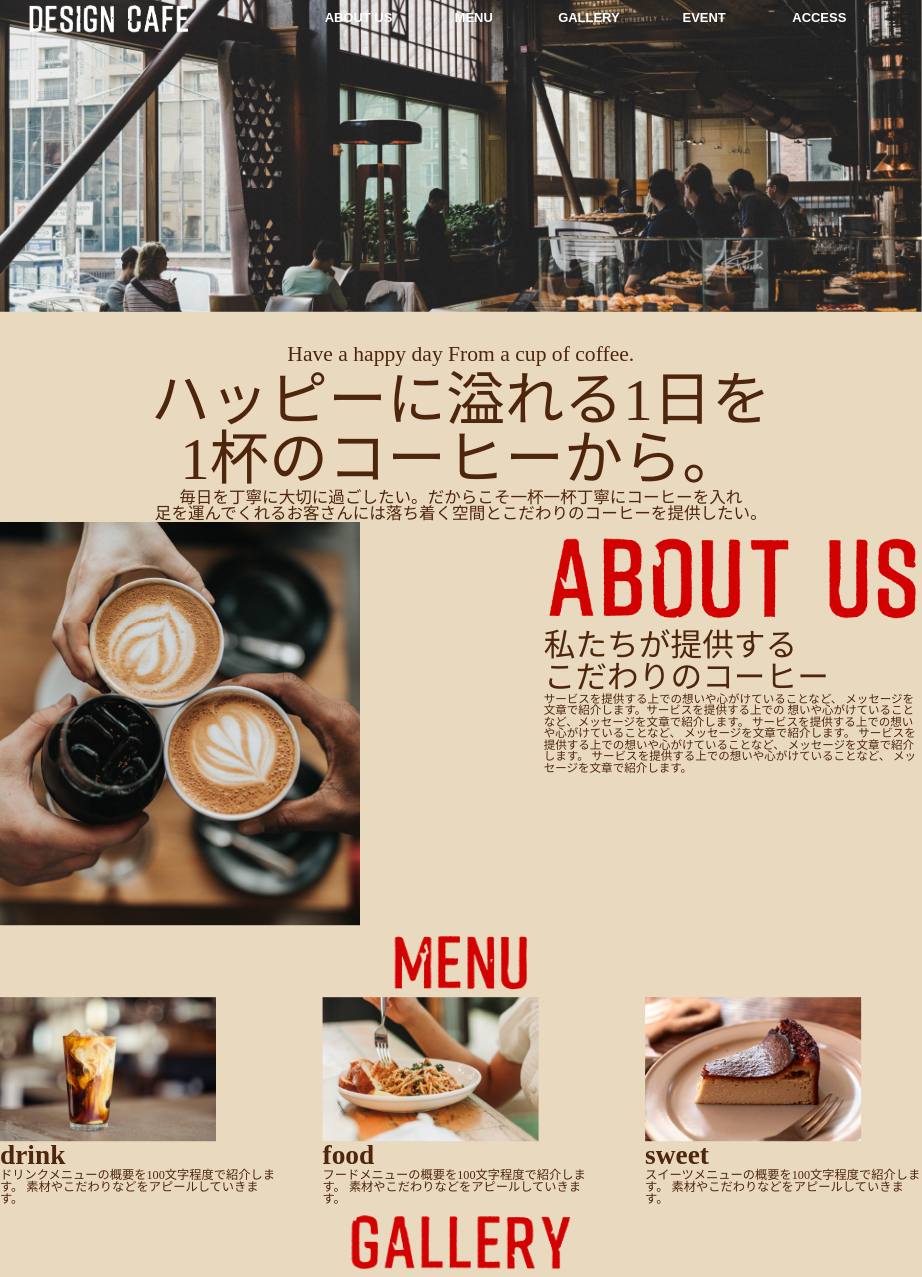
Repository: sonoyama01/dezasuta
Page: 第4回課題/index.html
The author's editor kept a copy of each file at every save. The page is drawn from the files as they stood at one save, then again after the next save.
The browser window is 1280 px wide. The pictures show the whole page, at 72% of full size.

Above is the page before, as saved 2024-05-02 15:05:51.

### 第4回課題/index.html
<!DOCTYPE html>
<html lang="ja">

<head>
    <meta charset="UTF-8">
    <meta name="viewport" content="width=device-width, initial-scale=1.0">
    <title>Desing Cafe</title>
    <link rel="stylesheet" href="./css/style.css">
</head>

<body>
    <!-- ヘッダー -->
    <header>
        <div class="header_slide">
            <div>
                <img src="./images/pc_first-100.jpg" alt="店内の様子">
            </div>
        </div>
        <div class="header_wrap">
            <h1 class="header_logo">
                <img src="./images/design_cafe_logo_header@2x.png" alt="desind cafe">
            </h1>
            <nav class="pc_nav">
                <ul>
                    <li><a href="#about_us">ABOUT US</a></li>
                    <li><a href="#">MENU</a></li>
                    <li><a href="#">GALLERY</a></li>
                    <li><a href="#">EVENT</a></li>
                    <li><a href="#">ACCESS</a></li>
                </ul>
            </nav>
        </div>
    </header>
    <div class="catch_copy">
        <p class="catch_copy_ja"><span class="en">Have a happy day From a cup of coffee.</span><br>
            ハッピーに溢れる1日を<br>
            1杯のコーヒーから。</p><!-- /.catch_copy -->
        <p>毎日を丁寧に大切に過ごしたい。だからこそ一杯一杯丁寧にコーヒーを入れ<br>
            足を運んでくれるお客さんには落ち着く空間とこだわりのコーヒーを提供したい。</p>
    </div><!-- /.catch_copy -->

    <!-- ABOUT US -->
    <section id="about_us">
        <div class="wrap">
            <div class="about_us">
                <div class="about_us_im"><img src="./images/pc_about-100.jpg" alt=""></div>
                <div class="about_us_text">
                    <h2><img src="./images/about_us@2x.png" alt=""></h2>
                    <p class="about_us_concept">私たちが提供する<br>
                        こだわりのコーヒー</p><!-- /.about_us_concept -->
                    <p class="about_us_texts">
                        サービスを提供する上での想いや心がけていることなど、
                        メッセージを文章で紹介します。サービスを提供する上での
                        想いや心がけていることなど、メッセージを文章で紹介します。
                        サービスを提供する上での想いや心がけていることなど、
                        メッセージを文章で紹介します。
                        サービスを提供する上での想いや心がけていることなど、
                        メッセージを文章で紹介します。
                        サービスを提供する上での想いや心がけていることなど、
                        メッセージを文章で紹介します。
                    </p><!-- /.about_us_text -->
                </div>

            </div><!-- /.about_us -->
        </div><!-- /.wrap -->
    </section><!-- /#about_us -->

    <!-- MENU -->
    <!-- 上手くいかね
        <section id="menu_fx">
        <h2><img src="./images/menu@2x.png" alt="menu"></h2>
        <div class="menu">
            <div class="drink">
                <img src="./images/pc_menu_drink-100.jpg" alt="drink">
            </div>
            <div class="food">
                <img src="./images/pc_menu_food-100.jpg" alt="food">
            </div>
            <div class="sweets">
                <img src="./images/pc_menu_sweets-100.jpg" alt="sweet">
            </div>
        </div>
    </section>/#menu_fx
-->

    <section id="menu">
        <div class="wrap">
            <h2><img src="./images/menu@2x.png" alt="menu"></h2>
            <div class="menu">
                <div class="menu_item">
                    <img src="./images/pc_menu_drink-100.jpg" alt="drink">
                    <h3>drink</h3>
                    <p class="menu_tx">ドリンクメニューの概要を100文字程度で紹介します。
                        素材やこだわりなどをアピールしていきます。</p><!-- /.menu_tx -->
                </div><!-- /.menu_item -->
                <div class="menu_item">
                    <img src="./images/pc_menu_food-100.jpg" alt="food">
                    <h3>food</h3>
                    <p class="menu_tx">フードメニューの概要を100文字程度で紹介します。
                        素材やこだわりなどをアピールしていきます。</p><!-- /.menu_tx -->
                </div><!-- /.menu_item -->
                <div class="menu_item">
                    <img src="./images/pc_menu_sweets-100.jpg" alt="sweet">
                    <h3>sweet</h3>
                    <p class="menu_tx">スイーツメニューの概要を100文字程度で紹介します。
                        素材やこだわりなどをアピールしていきます。</p><!-- /.sweet -->
                </div><!-- /.menu_item -->
            </div><!-- /.menu_fx -->
        </div><!-- /.wrap -->
    </section><!-- /#menu -->

    <!-- GALLERY -->
    <section id="gallery">
        <h2><img src="./images/gallery@2x.png" alt="gallery"></h2>

    </section><!-- /#gallery -->

</body>

</html>

### 第4回課題/css/style.css
@charset "utf-8";

/* cssリセット */

/*利用するタグによってこちらの内容は増やす*/

html,
body,
h1,
h2,
h3,
p,
dl,
dt,
dd,
ul,
li {
  margin: 0;
  padding: 0;
  line-height: 1;
  /*デフォルトの文字色、font-familyを予め当てておく*/
  color: #4f260b;
  font-family: "游明朝", YuMincho, "Hiragino Mincho ProN W3",
    "ヒラギノ明朝 ProN W3", "Hiragino Mincho ProN", "HG明朝E", "ＭＳ Ｐ明朝",
    "ＭＳ 明朝", serif;
}

a {
  /*下線を消す*/
  text-decoration: none;
  /*色を消す*/
  color: inherit;
  transition: 0.3s;
}

a:hover {
  opacity: 0.5;
}

ul {
  /*左の「・」を消す*/
  list-style: none;
}

img {
  max-width: 100%;
  vertical-align: bottom;
  border: none;
}

body {
  background-color: #e8d9bf;
  font-size: 23px;
}

/* ヘッダー */
.pc_nav ul {
  display: flex;
  gap: 55px;
}

.pc_nav ul li {
  width: 105px;
  text-align: center;
  color: #ffffff;
  font-weight: bold;
  font-size: 18px;
  font-family: YuGothic, "Yu Gothic", sans-serif, "Hiragino Sans W3",
    "Hiragino Kaku Gothic ProN", "ヒラギノ角ゴ ProN W3", "メイリオ", Meiryo,
    "ＭＳ Ｐゴシック", "MS PGothic", sans-serif;
}

.header_logo {
  width: 226px;
}

.header_wrap {
  display: flex;
  justify-content: space-between;
  align-items: center;
  padding: 0 7% 0 3%;
  position: absolute;
  top: 0;
  left: 0;
  width: 100%;
  box-sizing: border-box;
}

/* ============================
* キャッチコピー
* ========================= */
.catch_copy {
  text-align: center;
}
.en {
  font-size: 30px;
}
.catch_copy_ja {
  font-size: 82px;
}

/* ============================
* ABOUT US
* ========================= */
.about_us {
  display: flex;
  justify-content: space-between;
}
.about_us_im {
  width: 50%;
}
.about_us_concept {
  font-size: 44px;
}
.about_us_text {
  width: 41%;
}
.about_us_texts {
  font-size: 16px;
}

/* ============================
* MENU
* ========================= */
/*上手くいかね
.menu_im {
  width: 15%;
  margin: 0 auto;
}
.menu {
  display: flex;
  justify-content: space-between;
}
*/
#menu h2 {
  width: 15.1%;
  margin: 0 auto;
}
.menu {
  display: flex;
  justify-content: space-between;
}
.menu_item {
  width: 30%;
}

h3 {
  font-size: 38px;
}

.menu_tx {
  font-size: 17px;
}

/* ============================
* GALLERY
* ========================= */
#gallery h2 {
  width: 24.5%;
  margin: 0 auto;
}

After the next save:
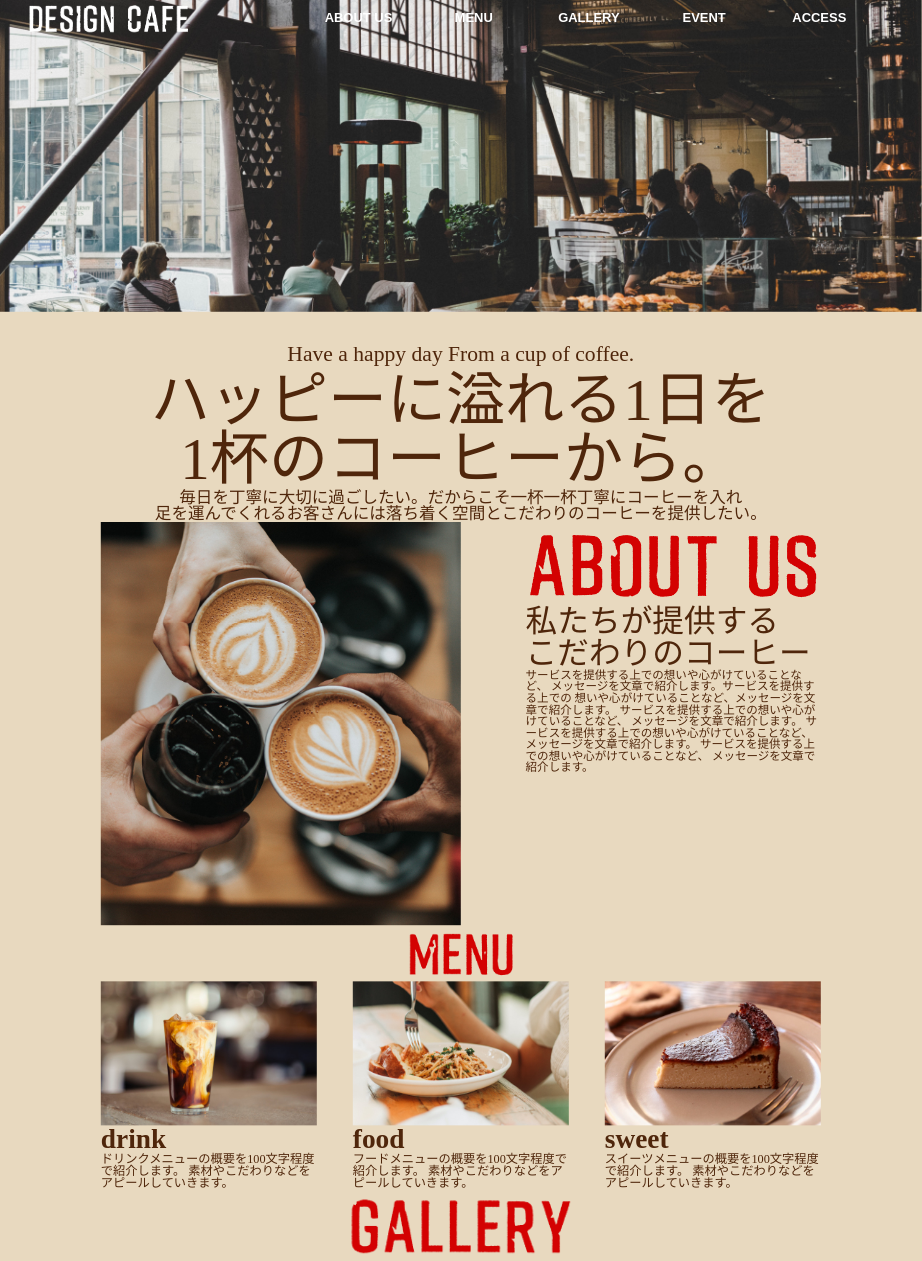
Saved 2 min 9 s later.
--- a/第4回課題/css/style.css
+++ b/第4回課題/css/style.css
@@ -118,6 +118,11 @@ body {
 .about_us_texts {
   font-size: 16px;
 }
+.wrap {
+  max-width: 1000px;
+  margin: 0 auto;
+  padding: 0 10px;
+}
 
 /* ============================
 * MENU
